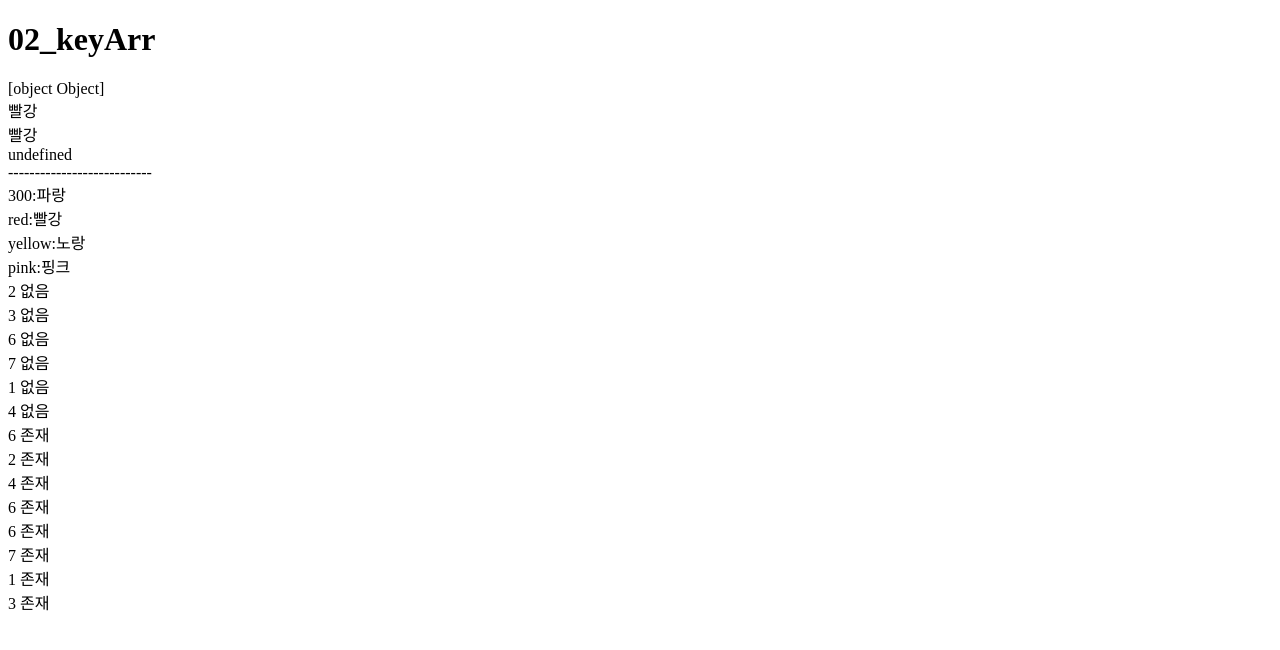
Repository: psun2/Korea-IT-Academy
Page: (back up) _ 오전/study_a/web_work/scriptProj/WebContent/array/02_keyArr.html
The author's editor kept a copy of each file at every save. The page is drawn from the files as they stood at one save, then again after the next save.
The browser window is 1280 px wide. The pictures show the whole page.

Above is the page before, as saved 2020-08-03 01:17:30.

### (back up) _ 오전/study_a/web_work/scriptProj/WebContent/array/02_keyArr.html
<!DOCTYPE html>
<html>
<head>
<meta charset="UTF-8">
<title>02_keyArr</title>
</head>
<body>
<h1>02_keyArr</h1>
<script>
var arr1 = {'red':100, 'blue':'파랑',100:[11,22,33],'red':'빨강',300:'파랑'}

//보기
document.write(arr1+"<br>")
console.log(arr1)
document.write(arr1['red']+"<br>")
document.write(arr1.red+"<br>")
document.write(arr1[0]+"<br>")

//추가
arr1['yellow'] = '노랑'
arr1.pink = '핑크'

//삭제
delete arr1['100']
delete arr1.blue

console.log(arr1)
document.write("---------------------------<br>")
//for
for(var kk in arr1){

	document.write(kk+":"+arr1[kk]+"<br>")
}


// 2,3,6,7,1,4,6,2,4,6,6,7,1,3  - 각 선수의 안타횟수를 출력하세요

var arr = [2,3,6,7,1,4,6,2,4,6,6,7,1,3]
var res = {}

for (var i in arr){

	if(res[arr[i]])
		document.write(arr[i]+" 존재<br>")
	else{
		document.write(arr[i]+" 없음<br>")
		res[arr[i]] = 1
	}
}







</script>
</body>
</html>

After the next save:
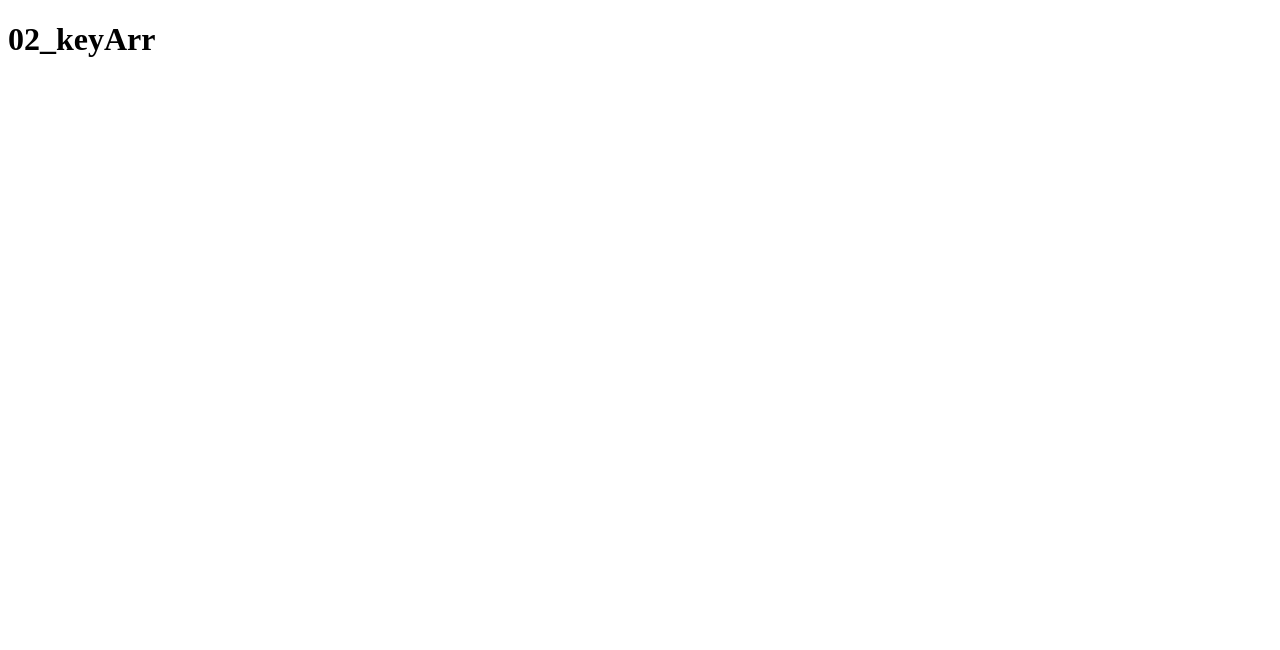
Console error: SyntaxError: Unexpected token 'else'
Saved 16 s later.
--- a/(back up) _ 오전/study_a/web_work/scriptProj/WebContent/array/02_keyArr.html
+++ b/(back up) _ 오전/study_a/web_work/scriptProj/WebContent/array/02_keyArr.html
@@ -42,6 +42,7 @@
 
 	if(res[arr[i]])
 		document.write(arr[i]+" 존재<br>")
+		res[arr[i]] += 1
 	else{
 		document.write(arr[i]+" 없음<br>")
 		res[arr[i]] = 1

After the save that followed:
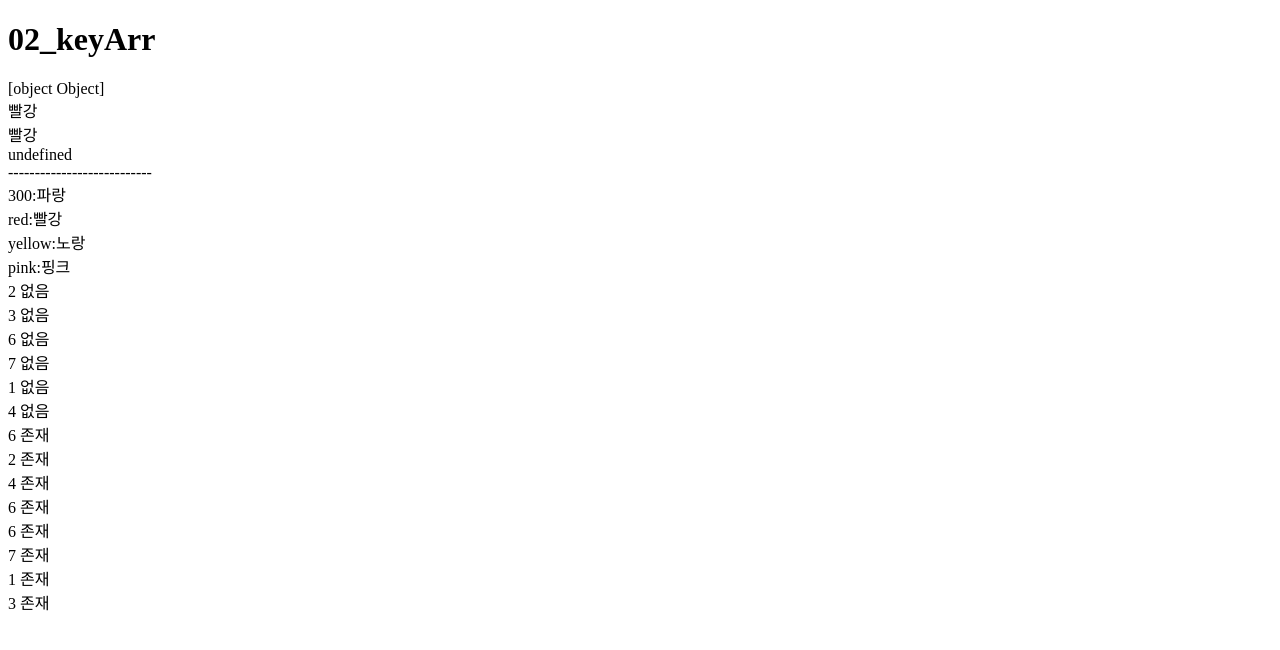
The error is gone.
Saved 20 s later.
--- a/(back up) _ 오전/study_a/web_work/scriptProj/WebContent/array/02_keyArr.html
+++ b/(back up) _ 오전/study_a/web_work/scriptProj/WebContent/array/02_keyArr.html
@@ -40,10 +40,10 @@
 
 for (var i in arr){
 
-	if(res[arr[i]])
+	if(res[arr[i]]){
 		document.write(arr[i]+" 존재<br>")
 		res[arr[i]] += 1
-	else{
+	}else{
 		document.write(arr[i]+" 없음<br>")
 		res[arr[i]] = 1
 	}
